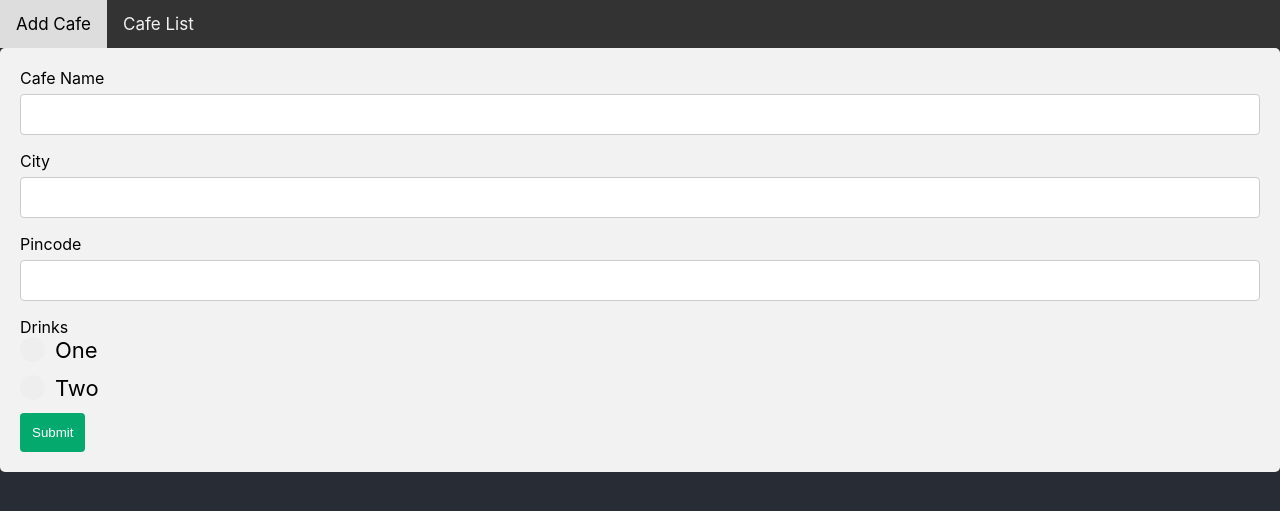
Repository: Surojd/project-cafe
Page: /add-cafe
The author's editor kept a copy of each file at every save. The page is drawn from the files as they stood at one save, then again after the next save.
The browser window is 1280 px wide. The pictures show the whole page.
The page's requests for data from a server got no answer. The project was rebuilt for these pictures with package versions that can differ from the ones it lists, and the page was loaded fresh each time. No one was signed in, and anything a server would have sent is missing. Also part of the build but not shown: src/cafe/CafeList.js.

Above is the page before, as saved 2021-09-01 13:54:18.

### src/index.js
import React from 'react';
import ReactDOM from 'react-dom';
import './index.css';
import App from './App';
import reportWebVitals from './reportWebVitals';

import { BrowserRouter as Router } from 'react-router-dom';
ReactDOM.render(
  <React.StrictMode>
    <Router>
      <App />
    </Router>
  </React.StrictMode>,
  document.getElementById('root')
);

// If you want to start measuring performance in your app, pass a function
// to log results (for example: reportWebVitals(console.log))
// or send to an analytics endpoint. Learn more: https://bit.ly/CRA-vitals
reportWebVitals();

### src/index.css
body {
  background-color: #282c34;
  margin: 0;
  font-family: -apple-system, BlinkMacSystemFont, 'Segoe UI', 'Roboto', 'Oxygen',
    'Ubuntu', 'Cantarell', 'Fira Sans', 'Droid Sans', 'Helvetica Neue',
    sans-serif;
  -webkit-font-smoothing: antialiased;
  -moz-osx-font-smoothing: grayscale;
}

code {
  font-family: source-code-pro, Menlo, Monaco, Consolas, 'Courier New',
    monospace;
}

a{
  text-decoration: none;
}

### src/App.js
import { Link, Redirect, Route, Switch } from 'react-router-dom';
import './App.css';
import { AddCafe, CafeList } from './cafe';

const routes = [
  { path: '/add-cafe', component: AddCafe },
  { path: '/cafes', component: CafeList },
];
function App() {
  return (
    <div className="App">
      <header className="topnav">
        <Link to="/add-cafe">Add Cafe</Link>
        <Link to="/cafes">Cafe List</Link>
      </header>
      <div class="container">
        <Switch>
          <div>
            {
              routes.map(item => {
                return <Route  {...item} />
              })
            }
          </div>
        </Switch>
      </div>
    </div>
  );
}

export default App;

### src/App.css
/* Add a black background color to the top navigation */
.topnav {
  background-color: #333;
  overflow: hidden;
}

/* Style the links inside the navigation bar */
.topnav a {
  float: left;
  display: block;
  color: #f2f2f2;
  text-align: center;
  padding: 14px 16px;
  text-decoration: none;
  font-size: 17px;
}

/* Change the color of links on hover */
.topnav a:hover {
  background-color: #ddd;
  color: black;
}

/* Add an active class to highlight the current page */
.topnav a.active {
  background-color: #04AA6D;
  color: white;
}

/* Hide the link that should open and close the topnav on small screens */
.topnav .icon {
  display: none;
}

* {box-sizing: border-box;}

input[type=text],input[type=number], select, textarea {
  width: 100%;
  padding: 12px;
  border: 1px solid #ccc;
  border-radius: 4px;
  box-sizing: border-box;
  margin-top: 6px;
  margin-bottom: 16px;
  resize: vertical;
}

input[type=submit] {
  background-color: #04AA6D;
  color: white;
  padding: 12px ;
  border: none;
  border-radius: 4px;
  cursor: pointer;
}

button[type=submit]:hover {
  background-color: #45a049;
}

.container {
  border-radius: 5px;
  background-color: #f2f2f2;
  padding: 20px;
}

/* Chrome, Safari, Edge, Opera */
input::-webkit-outer-spin-button,
input::-webkit-inner-spin-button {
  -webkit-appearance: none;
  margin: 0;
}

/* Firefox */
input[type=number] {
  -moz-appearance: textfield;
}


.radio-label{
  display: block;
  position: relative;
  padding-left: 35px;
  margin-bottom: 12px;
  cursor: pointer;
  font-size: 22px;
  -webkit-user-select: none;
  -moz-user-select: none;
  -ms-user-select: none;
  user-select: none;
}



/* Hide the browser's default radio button */
.radio-label input[type=radio] {
  position: absolute;
  opacity: 0;
  cursor: pointer;
}

/* Create a custom radio button */
.checkmark {
  position: absolute;
  top: 0;
  left: 0;
  height: 25px;
  width: 25px;
  background-color: #eee;
  border-radius: 50%;
}

/* On mouse-over, add a grey background color */
.radio-label:hover input[type=radio] ~ .checkmark {
  background-color: #ccc;
}

/* When the radio button is checked, add a blue background */
.radio-label input[type=radio]:checked ~ .checkmark {
  background-color: #2196F3;
}

/* Create the indicator (the dot/circle - hidden when not checked) */
.checkmark:after {
  content: "";
  position: absolute;
  display: none;
}

/* Show the indicator (dot/circle) when checked */
.radio-label input[type=radio]:checked ~ .checkmark:after {
  display: block;
}

/* Style the indicator (dot/circle) */
.radio-label .checkmark:after {
 	top: 9px;
	left: 9px;
	width: 8px;
	height: 8px;
	border-radius: 50%;
	background: white;
}

.error{
    color: red;
    padding: 0px;
    margin: 0px;
}

### src/cafe/index.js

export { default as AddCafe } from './AddCafe';
export { default as CafeList } from './CafeList';

### src/cafe/AddCafe.js
import React from 'react';
import { collection, addDoc } from "firebase/firestore";
import firestore from './firebase';

import { useFormik } from 'formik';
import * as Yup from 'yup';

export default function AddCafe() {

  const formik = useFormik({
    initialValues: {
      name: '',
      city: '',
      pincode: '',
      drinks: ''
    },
    validationSchema: Yup.object({
      name: Yup.string()
        .max(15, 'Must be 15 characters or less')
        .required('Required'),
      city: Yup.string()
        .max(20, 'Must be 20 characters or less')
        .required('Required'),
      pincode: Yup.number().required('Required'),
      drinks: Yup.string().required('Required'),
    }),
    onSubmit: async (data, { resetForm }) => {
      try {
        const docRef = await addDoc(collection(firestore, "cafes"), data);
        alert("Document written with ID: " + docRef.id);
        resetForm()
      } catch (e) {
        alert("Error adding document: " + e);
      }
    },
  });

  return (
    <form onSubmit={formik.handleSubmit}>
      <label htmlFor="name">Cafe Name</label>
      <input
        id="name"
        type='text'
        {...formik.getFieldProps('name')}
      />
      {formik.touched.name && formik.errors.name ? (
        <div className="error">{formik.errors.name}</div>
      ) : null}

      <label htmlFor="city">City</label>
      <input
        id="city"
        type='text'
        {...formik.getFieldProps('city')}
      />
      {formik.touched.city && formik.errors.city ? (
        <div className="error">{formik.errors.city}</div>
      ) : null}

      <label htmlFor="pincode">Pincode</label>
      <input
        id="pincode"
        type='number'
        {...formik.getFieldProps('pincode')}
      />
      {formik.touched.pincode && formik.errors.pincode ? (
        <div className="error">{formik.errors.pincode}</div>
      ) : null}
      <label>Drinks</label>
      <label class="radio-label">One
        <input
          type='radio'
          {...formik.getFieldProps('drinks')}
          value="5 Drinks"
        />
        <span class="checkmark"></span>
      </label>
      <label class="radio-label">Two<input
        type='radio'
        {...formik.getFieldProps('drinks')}
        value="5+ Drinks"
      />
        <span class="checkmark"></span>
      </label>
      {formik.touched.drinks && formik.errors.drinks ? (
        <div className="error">{formik.errors.drinks}</div>
      ) : null}
      <input type="submit" value="Submit" />
    </form>);
}

### src/cafe/firebase.js
import { initializeApp } from 'firebase/app'
import { enableIndexedDbPersistence, initializeFirestore, CACHE_SIZE_UNLIMITED } from 'firebase/firestore'
import { getAnalytics } from "firebase/analytics";


const firebaseApp = initializeApp({
  apiKey: "AIzaSyBF1CMLc0WfG_majkcPFVm9eU-DCqGW9BM",
  authDomain: "project-cafe-d8aca.firebaseapp.com",
  projectId: "project-cafe-d8aca",
  storageBucket: "project-cafe-d8aca.appspot.com",
  messagingSenderId: "531282317018",
  appId: "1:531282317018:web:25d8fc0f088be0c68d5fe3",
  measurementId: "G-GNS7C6HN2Y"
});
const firestore = initializeFirestore(firebaseApp, {
  cacheSizeBytes: CACHE_SIZE_UNLIMITED
});

enableIndexedDbPersistence(firestore)
  .catch((err) => {
    if (err.code === 'failed-precondition') {
      console.log('Multiple tabs open, persistence can only be enabled in one tab at a a time.');
    } else if (err.code === 'unimplemented') {
      console.log('The current browser does not support all of the features required to enable persistence.');
    }
  });
export default firestore;
const analytics = getAnalytics(firebaseApp);

Loaded but not shown: public/index.html (common file); src/reportWebVitals.js (common file)

After the next save:
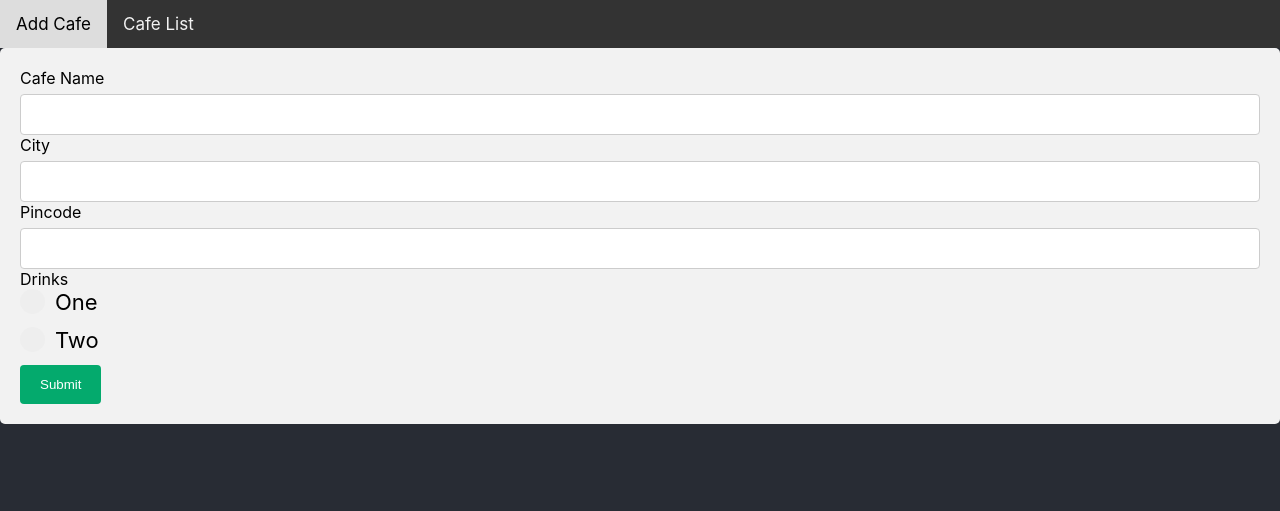
Saved 14 s later.
--- a/src/App.css
+++ b/src/App.css
@@ -41,14 +41,13 @@ input[type=text],input[type=number], select, textarea {
   border-radius: 4px;
   box-sizing: border-box;
   margin-top: 6px;
-  margin-bottom: 16px;
   resize: vertical;
 }
 
 input[type=submit] {
   background-color: #04AA6D;
   color: white;
-  padding: 12px ;
+  padding: 12px 20px;
   border: none;
   border-radius: 4px;
   cursor: pointer;
